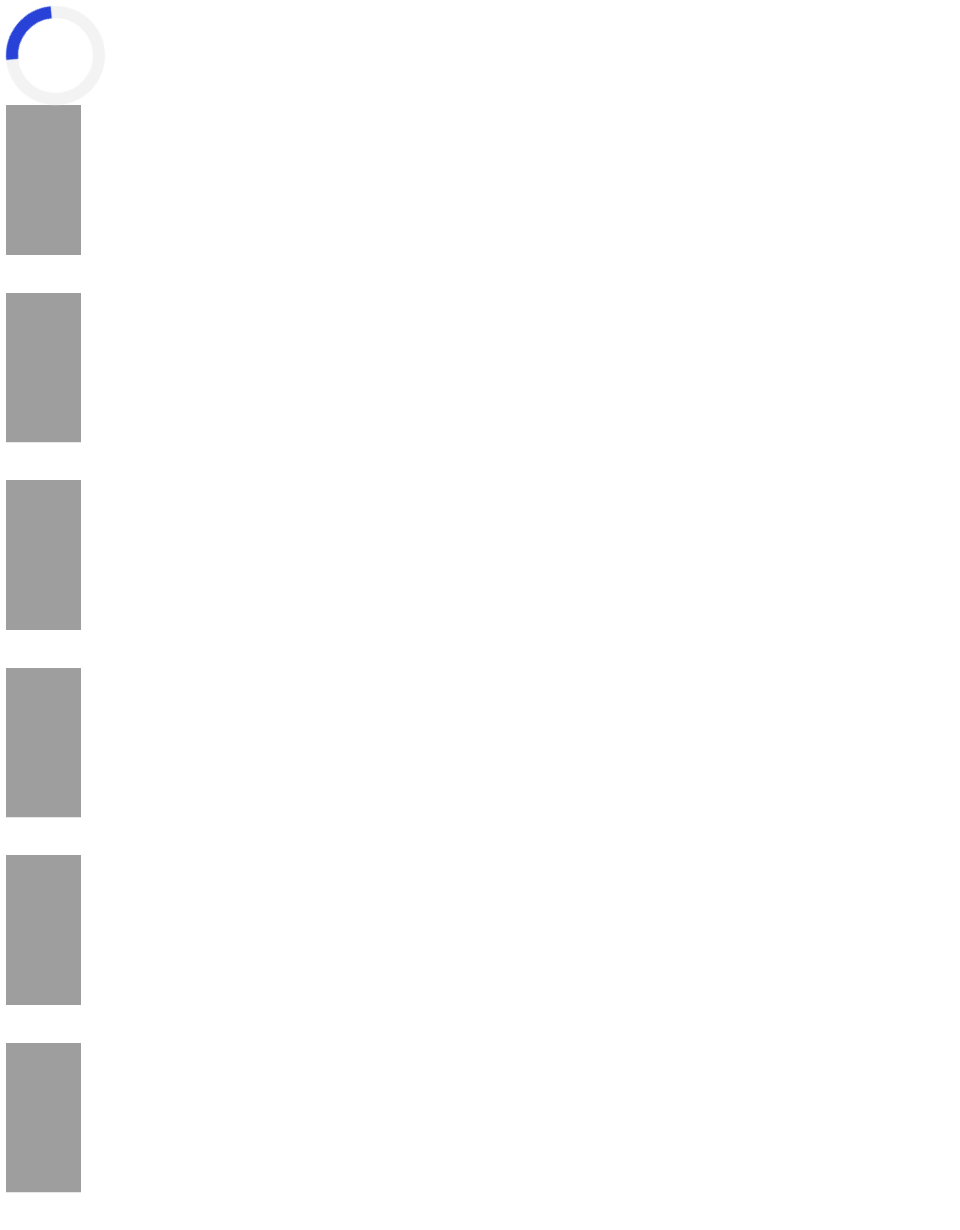
Repository: 1166544/c-toural
Page: packages/test.html
These files come from the project's save history. The page is drawn as it stood at one moment and after the next save; the edit follows.
The browser window is 1280 px wide. The pictures show the whole page, at 75% of full size.
Pictures or frames that could not be fetched are drawn as grey boxes.

Above is the page before, as saved 2021-01-04 11:25:39.

After the next save:
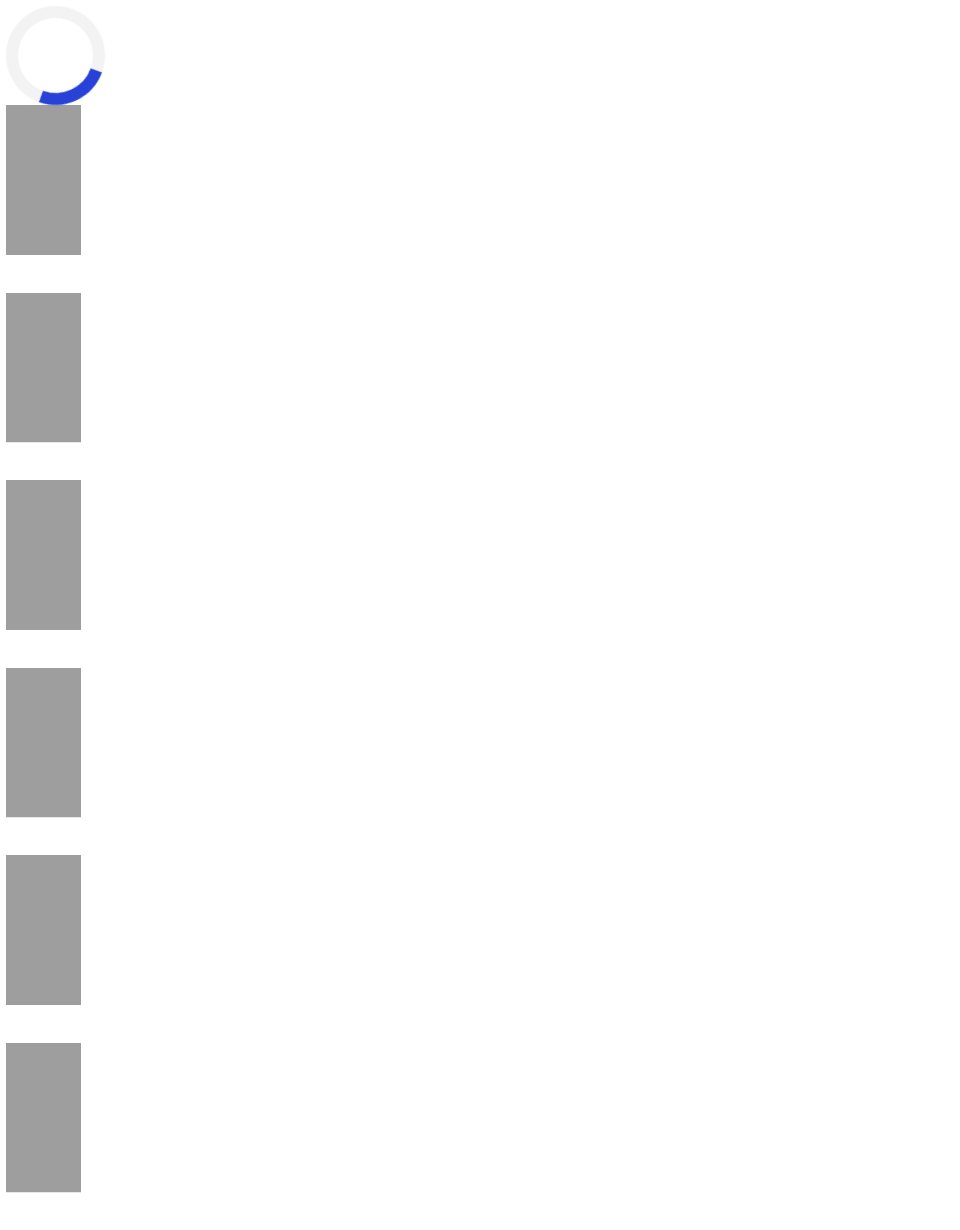
Saved 18 s later.
--- a/packages/test.html
+++ b/packages/test.html
@@ -16,7 +16,7 @@
             border-top: 16px solid #2842d8;
             width: 100px;
             height: 100px;
-            animation: rotate 2s linear infinite;
+            animation: rotate 4s linear infinite;
         }
         .rotate-animate .fill-color {
             margin-left: 20px;
